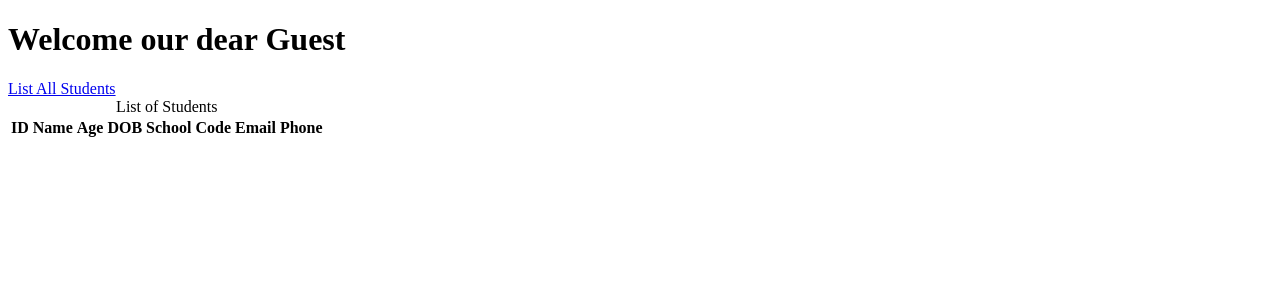
Repository: ineza2/workspace3
Page: http://localhost/studentRegistration/WEB-INF/guest.jsp
These files come from the project's save history. The page is drawn as it stood at one moment and after the next save; the edit follows.
The browser window is 1280 px wide. The pictures show the whole page.
The page is served by Tomcat 10. Nobody is signed in. Other server files are loaded and not shown. The template is opened directly, without the code that normally fills it, so the values that code supplies are empty.

Above is the page before, as saved 2024-02-16 06:23:27.

### studentRegistration/src/main/webapp/WEB-INF/guest.jsp
<%@ page language="java" contentType="text/html; charset=UTF-8"
	pageEncoding="UTF-8"%>
<!DOCTYPE html>
<html>
<head>
<meta charset="UTF-8">
<title>Guest</title>
</head>
<body>
	<h1>Welcome our dear Guest</h1>
	 <div class="btn-container">
        <a href="list" class="btn btn-blue">List All Students</a>
    </div>

	<table>
        <caption class="text-lg font-bold mb-4">List of Students</caption>
        <thead>
            <tr>
                <th>ID</th>
                <th>Name</th>
                <th>Age</th>
                <th>DOB</th>
                <th>School</th>
                <th>Code</th>
                <th>Email</th>
                <th>Phone</th>
            </tr>
        </thead>
        <tbody>
            <c:forEach var="student" items="${result}">
                <tr>
                    <td><c:out value="${student.id}" /></td>
                    <td><c:out value="${student.name}" /></td>
                    <td><c:out value="${student.age}" /></td>
                    <td><c:out value="${student.dob}" /></td>
                    <td><c:out value="${student.school}" /></td>
                    <td><c:out value="${student.code}" /></td>
                    <td><c:out value="${student.email}" /></td>
                    <td><c:out value="${student.mobile}" /></td>
                </tr>
            </c:forEach>
        </tbody>
    </table>
</body>
</html>

After the next save:
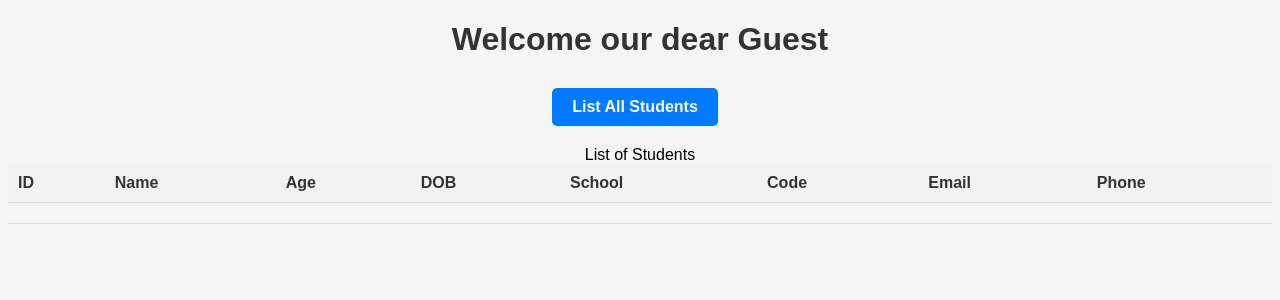
Saved 21 s later.
--- a/studentRegistration/src/main/webapp/WEB-INF/guest.jsp
+++ b/studentRegistration/src/main/webapp/WEB-INF/guest.jsp
@@ -5,11 +5,86 @@
 <head>
 <meta charset="UTF-8">
 <title>Guest</title>
+<style>
+ body {
+        background-color: #f5f5f5;
+        font-family: Arial, sans-serif;
+    }
+
+    .container {
+        max-width: 1200px;
+        margin: 50px auto;
+        padding: 20px;
+        border-radius: 10px;
+        background-color: #fff;
+        box-shadow: 0 0 20px rgba(0, 0, 0, 0.1);
+    }
+
+    h1 {
+        text-align: center;
+        margin-bottom: 30px;
+        color: #333;
+    }
+
+    .btn-container {
+        text-align: center;
+        margin-bottom: 20px;
+    }
+
+    .btn {
+        display: inline-block;
+        padding: 10px 20px;
+        margin-right: 10px;
+        font-size: 16px;
+        font-weight: bold;
+        color: #fff;
+        border: none;
+        border-radius: 5px;
+        cursor: pointer;
+        transition: all 0.3s ease;
+    }
+
+    .btn-green {
+        background-color: #28a745;
+        text-decoration:none;
+    }
+
+    .btn-blue {
+        background-color: #007bff;
+        text-decoration:none;
+    }
+
+    .btn-red {
+        background-color: #dc3545;
+        text-decoration:none;
+    }
+
+    table {
+        width: 100%;
+        border-collapse: collapse;
+    }
+
+    th, td {
+        padding: 10px;
+        text-align: left;
+        border-bottom: 1px solid #ddd;
+    }
+
+    th {
+        background-color: #f2f2f2;
+        font-weight: bold;
+        color: #333;
+    }
+
+    td {
+        color: #555;
+    }
+    </style>
 </head>
 <body>
 	<h1>Welcome our dear Guest</h1>
 	 <div class="btn-container">
-        <a href="list" class="btn btn-blue">List All Students</a>
+        <a href="list2" class="btn btn-blue">List All Students</a>
     </div>
 
 	<table>
